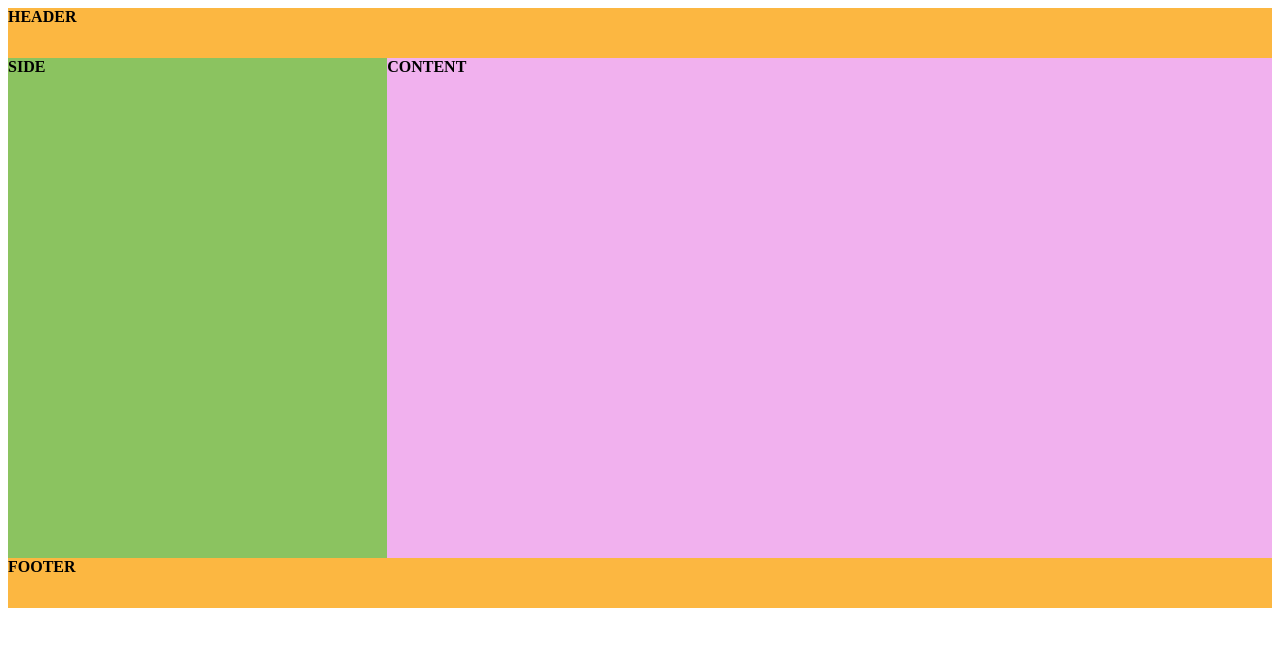
Repository: DuongThanhLong/Basic-responsive-HTML--CSS
Page: Flexbox/index.html
An editor plug-in stored every save of this project. The page is shown before and after the next save, followed by the edit.
The browser window is 1280 px wide. The pictures show the whole page.

Above is the page before, as saved 2021-09-21 20:11:15.

After the next save:
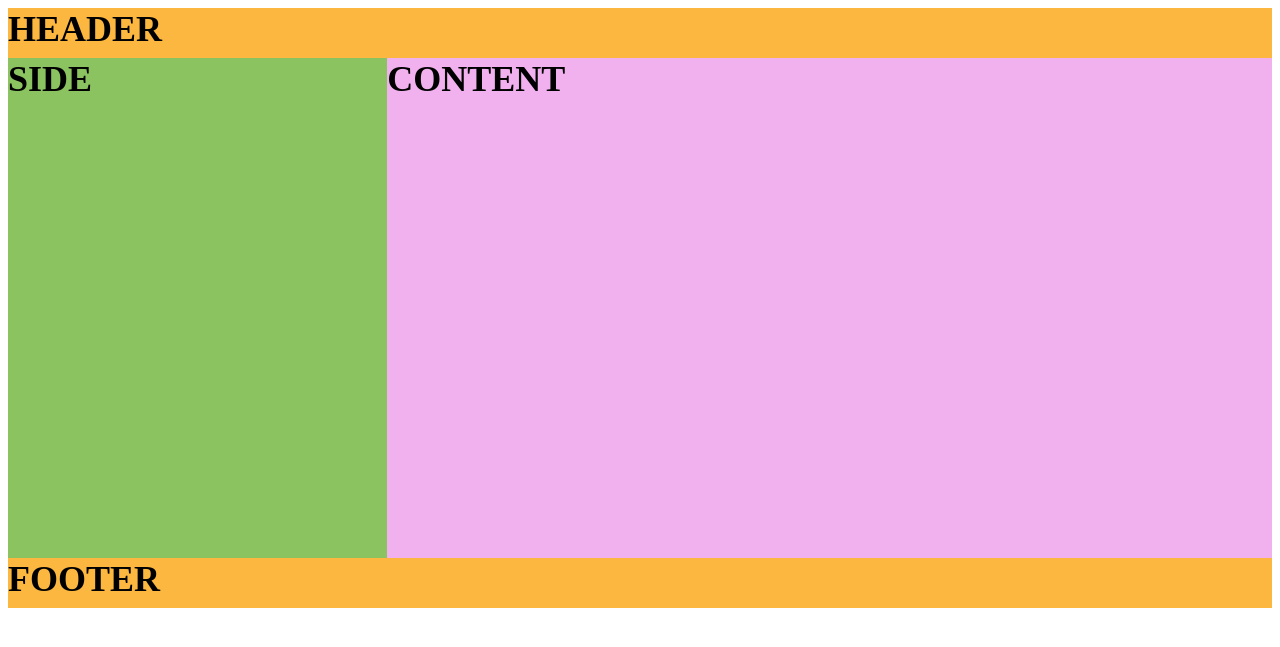
Saved 52 s later.
--- a/Flexbox/style.css
+++ b/Flexbox/style.css
@@ -1,33 +1,33 @@
- /* {
+* {
     box-sizing: inherit;
-    font-size: 1.4rem;
-}  */
+    font-size: 1.5rem;
+}
 
- header {
-     font-weight: bold;
-     background-color: #FCB741;
-     height: 50px;
- }
+header {
+    font-weight: bold;
+    background-color: #FCB741;
+    height: 50px;
+}
 
- .center {
-     display: flex;
-     height: 500px;
- }
+.center {
+    display: flex;
+    height: 500px;
+}
 
- .side {
-     font-weight: bold;
-     width: 30%;
-     background-color: #8BC360;
- }
+.side {
+    font-weight: bold;
+    width: 30%;
+    background-color: #8BC360;
+}
 
- .content {
-     font-weight: bold;
-     width: 70%;
-     background-color: #F1B1EE;
- }
+.content {
+    font-weight: bold;
+    width: 70%;
+    background-color: #F1B1EE;
+}
 
- footer {
-     font-weight: bold;
-     background-color: #FCB741;
-     height: 50px;
- }
+footer {
+    font-weight: bold;
+    background-color: #FCB741;
+    height: 50px;
+}

After the save that followed:
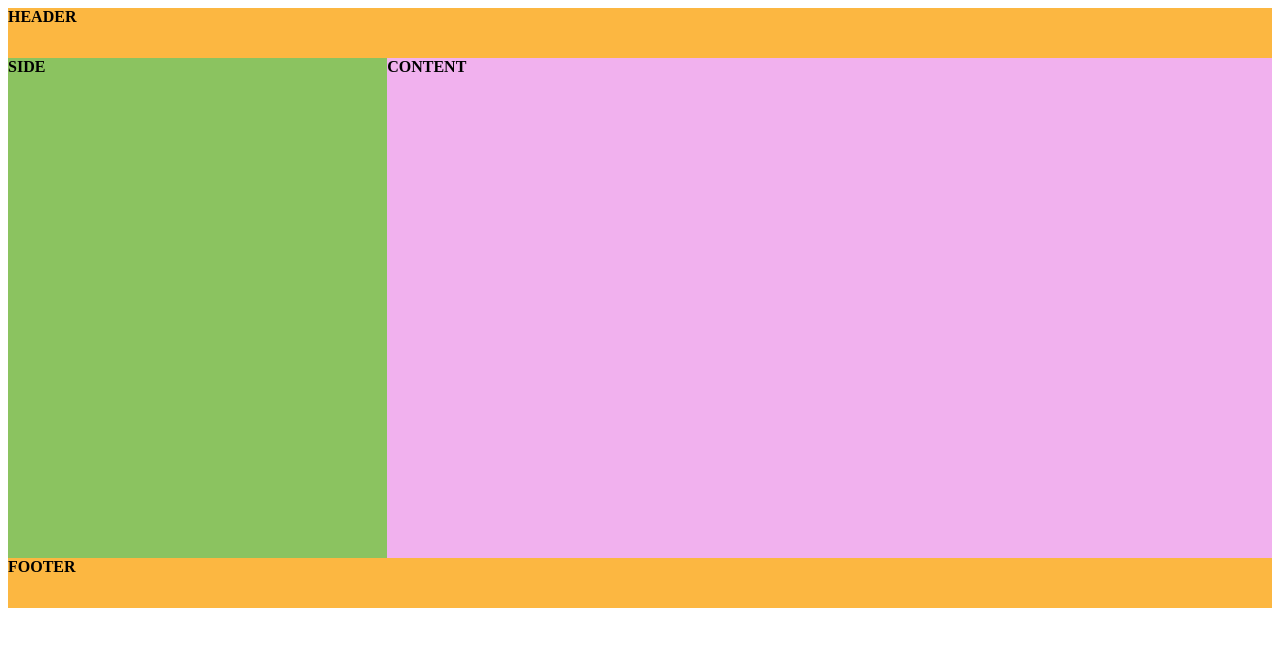
Saved 13 s later.
--- a/Flexbox/style.css
+++ b/Flexbox/style.css
@@ -1,6 +1,6 @@
 * {
     box-sizing: inherit;
-    font-size: 1.5rem;
+    font-size: 1rem;
 }
 
 header {
